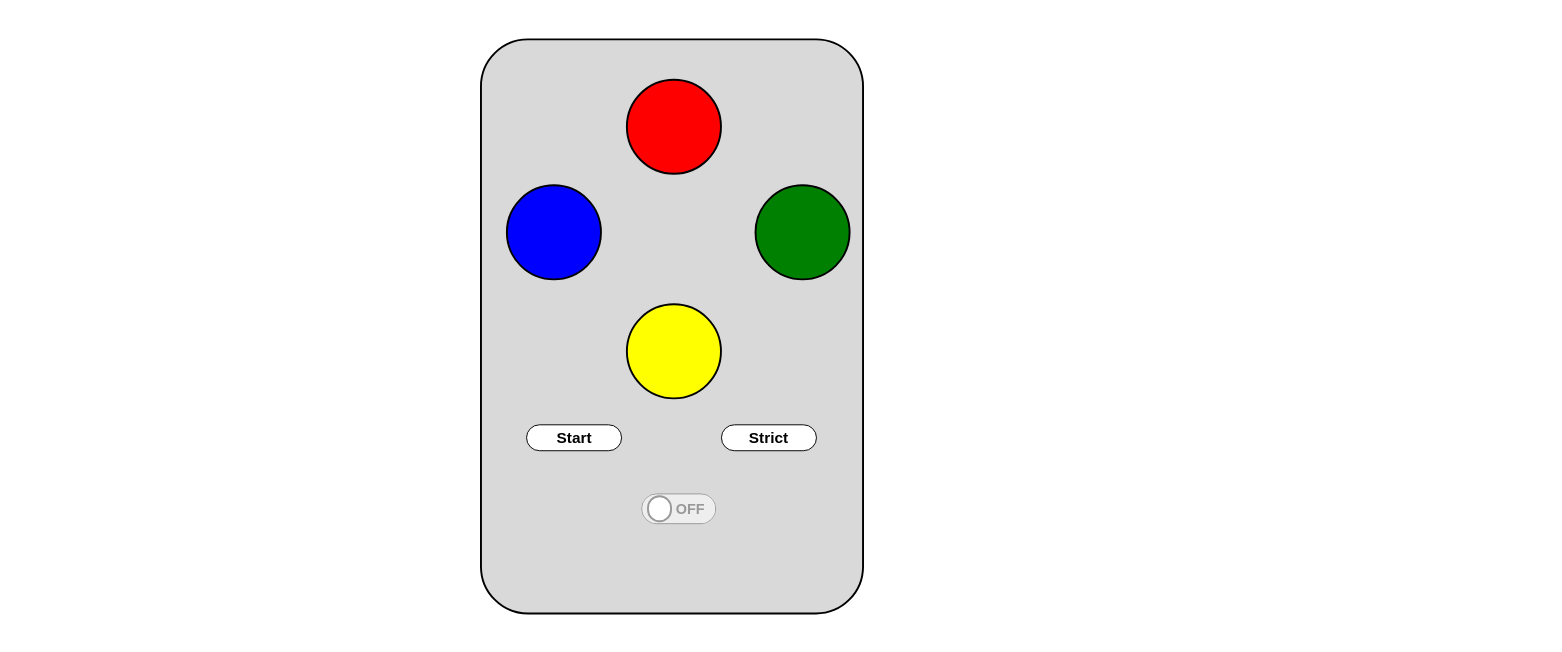
Repository: Code-Institute-Submissions/The-Simon-Game
Page: index.html
The author's editor kept a record of every edit. The page is drawn from the files as they stood at one moment, then again after the next edit.
The browser window is 1280 px wide. The page is 1627 px wide, so the pictures cover 1627 px, including what lies to the right of the window. The pictures show the whole page, at 96% of full size.

Above is the page before.

### index.html
<!DOCTYPE html>
<html lang="en">

<head>
    <meta charset="UTF-8">
    <meta name="viewport" content="width=device-width, initial-scale=1.0">
    <meta http-equiv="X-UA-Compatible" content="ie=edge">
    <link rel="stylesheet" href="https://stackpath.bootstrapcdn.com/bootstrap/4.3.1/css/bootstrap.min.css" integrity="sha384-ggOyR0iXCbMQv3Xipma34MD+dH/1fQ784/j6cY/iJTQUOhcWr7x9JvoRxT2MZw1T" crossorigin="anonymous">
    <link rel="stylesheet" href="css/style.css" type="text/css" />
    <link rel="stylesheet" href="https://use.fontawesome.com/releases/v5.7.2/css/all.css" integrity="sha384-fnmOCqbTlWIlj8LyTjo7mOUStjsKC4pOpQbqyi7RrhN7udi9RwhKkMHpvLbHG9Sr" crossorigin="anonymous">
    <title>Simon The Memory Game</title>
</head>

<body>
    <!-- Panel -->
    <section class="panel">
        <div class="panel-overlay">
            <div class="row">
                <!-- Color buttons -->
                <div class="column col-4 col-sm-4">
                    <button class="blue"></button>
                </div>
                <div class="column col-4 col-sm-4">
                    <button class="red"></button>
                    <button class="yellow"></button>
                </div>
                <div class="column col-4 col-sm-4">
                    <button class="green"></button>
                </div>
                <!-- Start and Strict Buttons -->
                <section class="container">
                    <div class="row">
                        <div class="column col-4 col-sm-4">
                            <button class="start_button">Start</button>
                            <button class="strict_button">Strict</button>
                        </div>
                    </div>
                </section>
                <section class="container">
                    <div class="onoffswitch">
                        <input type="checkbox" name="onoffswitch" class="onoffswitch-checkbox" id="myonoffswitch">
                        <label class="onoffswitch-label" for="myonoffswitch">
                           <div class="onoffswitch-inner"></div>
                           <div class="onoffswitch-switch"></div>
                        </label>
                    </div>
                </section>
            </div>
        </div>
    </section>
</body>

</html>

### css/style.css
/*--  Panel  --*/

.panel {
    height: 600px;
    width: 400px;
    margin: 40px;
    margin-left: 500px;
    border-radius: 50px;
    background-color: #d9d9d9;
    border: 2px solid black;
}

/*--  Color Button  --*/

.yellow {
    height: 100px;
    width: 100px;
    margin: 94px;
    margin-left: 8px;
    background-color: yellow;
    border-radius: 75px;
    border: 2px solid black;

}

.red {
    height: 100px;
    width: 100px;
    margin: 40px;
    margin-left: 8px;
    background-color: red;
    border-radius: 75px;
    border: 2px solid black;
}

.blue {
    height: 100px;
    width: 100px;
    margin: 150px;
    margin-left: 25px;
    background-color: blue;
    border-radius: 75px;
    border: 2px solid black;
}

.green {
    height: 100px;
    width: 100px;
    margin: 150px;
    margin-left: 0px;
    background-color: green;
    border-radius: 75px;
    border: 2px solid black;
}

/*-- Start Button --*/

.container {
    display: inline-block;
    position: absolute;
    margin-top: 400px;
}

.start_button {
    width: 100px;
    margin-left: 46px;
    border-radius: 50px;
    border: 1px solid black;
    background-color: white;
    font-family: Trebuchet, Arial, sans-serif;
    font-weight: bold;
}

.start_button:active {
    background-color: green;
    color: white;
    transition-property: background 20s;
}

/*-- Strict Button --*/

.strict_button {
    width: 100px;
    margin-left: 98px;
    border-radius: 50px;
    border: 1px solid black;
    background-color: white;
    font-family: Trebuchet, Arial, sans-serif;
    font-weight: bold;
}

.strict_button:focus{
    background-color: red;
    color: white;
}

/*-- Strict Button ends --*/


/*-- On and Off Switch --*/

.onoffswitch {
    position: relative;
    width: 78px;
    margin-left: 166px;
    margin-top: 72px;
}

.onoffswitch-checkbox {
    display: none;
}

.onoffswitch-label {
    display: block;
    overflow: hidden;
    cursor: pointer;
    border: 1px solid #999999;
    border-radius: 20px;
}

.onoffswitch-inner {
    width: 200%;
    margin-left: -100%;
}

.onoffswitch-inner:before, .onoffswitch-inner:after {
    float: left;
    width: 50%;
    height: 30px;
    padding: 0;
    line-height: 30px;
    font-size: 15px;
    color: white;
    font-family: Trebuchet, Arial, sans-serif;
    font-weight: bold;
    box-sizing: border-box;
}

.onoffswitch-inner:before {
    content: "ON";
    padding-left: 11px;
    background-color: #00A600; color: #FFFFFF;
}

.onoffswitch-inner:after {
    content: "OFF";
    padding-right: 11px;
    background-color: #EEEEEE; color: #999999;
    text-align: right;
}

.onoffswitch-switch {
    width: 26px;
    margin: 2px;
    background: #FFFFFF;
    border: 2px solid #999999
    ; border-radius: 20px;
    position: absolute;
    top: 0;
    bottom: 0;
    right: 44px;
    transition: all 0.3s ease-in 0s;
}

.onoffswitch-checkbox:checked + .onoffswitch-label .onoffswitch-inner {
    margin-left: 0;
}

.onoffswitch-checkbox:checked + .onoffswitch-label .onoffswitch-switch {
    right: 0px;
}

/*--- Media Queries ---*/

@media (min-width: 320px) {

}

@media (min-width: 575px) {

}

@media (min-width: 768px) {

}

@media (min-width: 992px){

}

@media (min-width: 1200px) {

}

@media (min-width: 2560px) {

}

After the next edit:
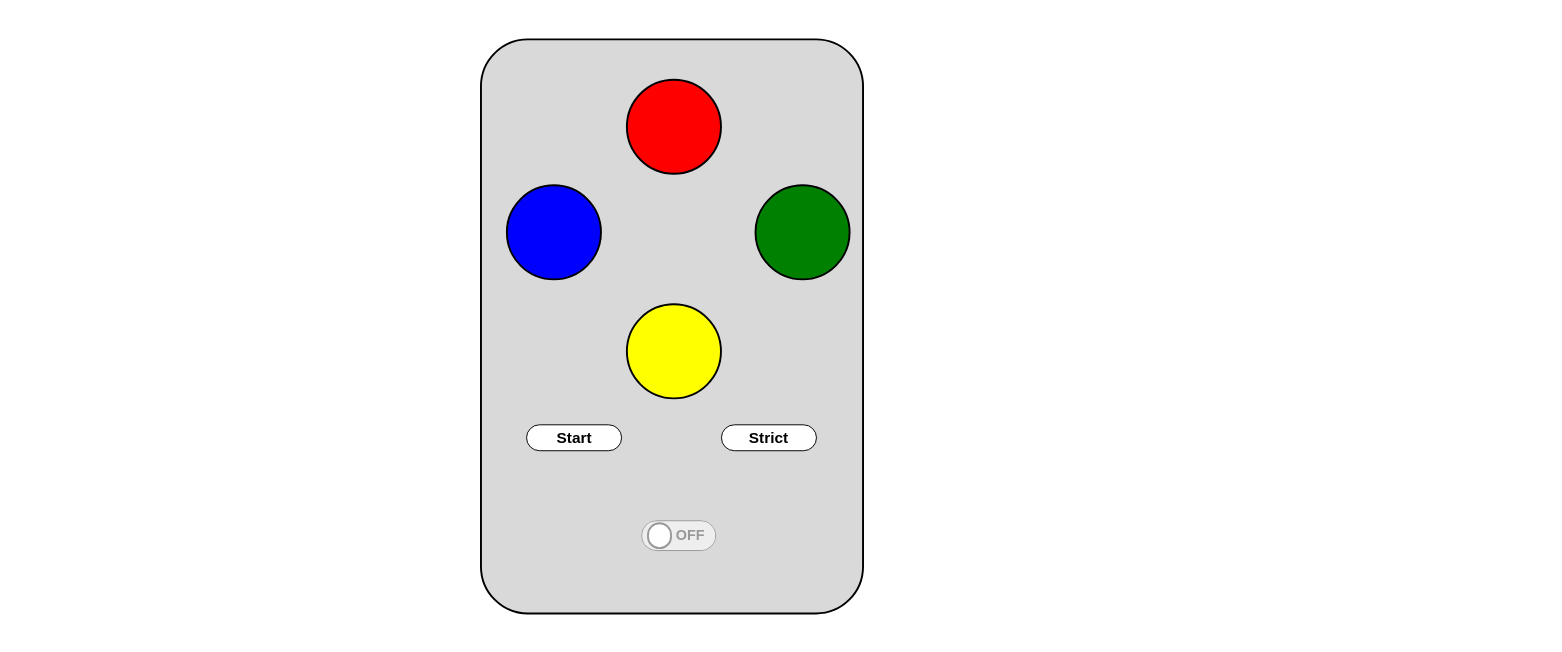
The edit:
--- a/index.html
+++ b/index.html
@@ -35,8 +35,7 @@
                             <button class="strict_button">Strict</button>
                         </div>
                     </div>
-                </section>
-                <section class="container">
+                <section>
                     <div class="onoffswitch">
                         <input type="checkbox" name="onoffswitch" class="onoffswitch-checkbox" id="myonoffswitch">
                         <label class="onoffswitch-label" for="myonoffswitch">
